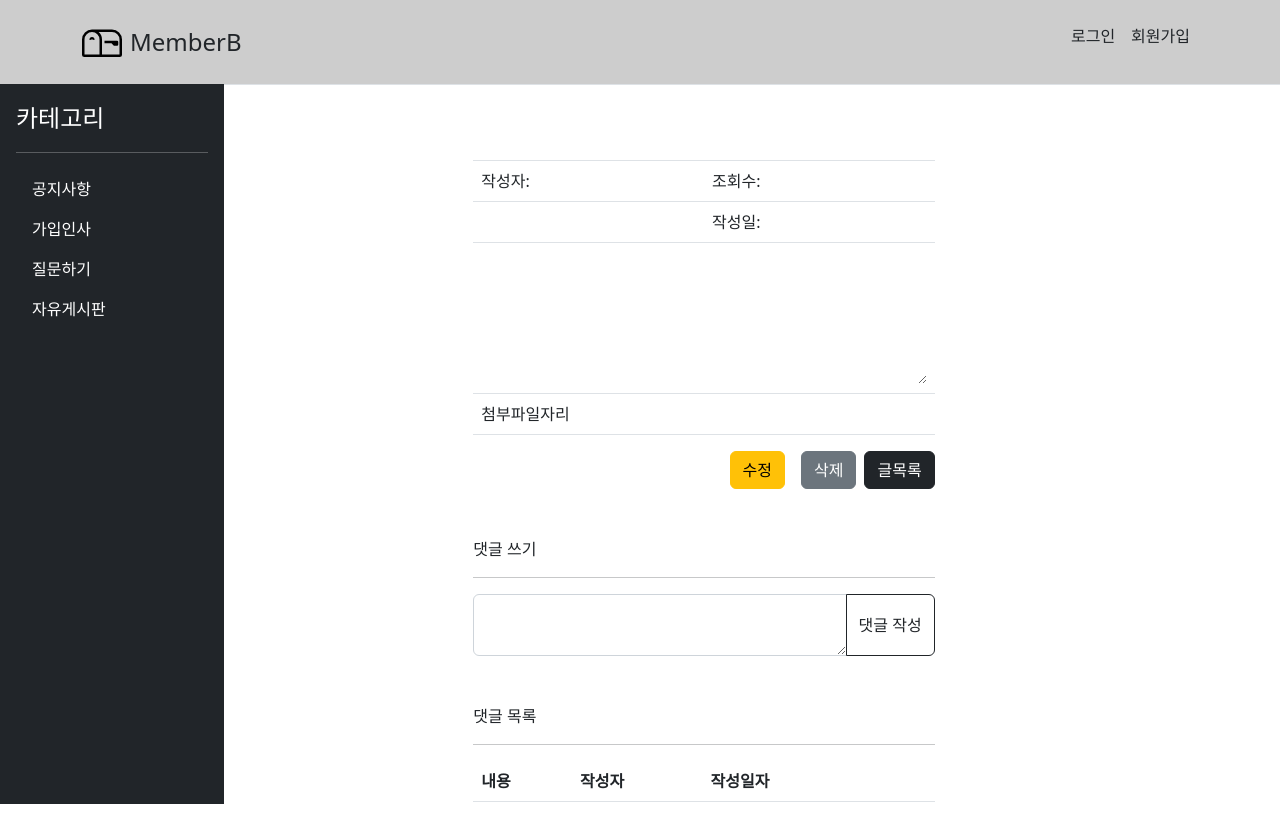
Repository: charmErin/board_220915
Page: http://localhost/board/WEB-INF/views/board/detail.jsp
The author's editor kept a copy of each file at every save. The page is drawn from the files as they stood at one save, then again after the next save.
The browser window is 1280 px wide. The pictures show the whole page.
Some web libraries are served in a nearby version. The page is served by Tomcat 9. Nobody is signed in. Other server files are loaded and not shown. The template is opened directly, without the code that normally fills it, so the values that code supplies are empty.

Above is the page before, as saved 2022-09-19 01:48:22.
Console error: SyntaxError: Unexpected token ';'

### board/src/main/webapp/WEB-INF/views/board/detail.jsp
<%@ page language="java" contentType="text/html; charset=UTF-8"
	pageEncoding="UTF-8"%>
<%@ taglib uri="http://java.sun.com/jsp/jstl/core" prefix="c"%>
<%@ taglib prefix="fmt" uri="http://java.sun.com/jsp/jstl/fmt"%>
<!DOCTYPE html>
<html>
<head>
<meta charset="UTF-8">
<script src="https://code.jquery.com/jquery-3.6.0.min.js"></script>
<script type="text/javascript"
	src="https://cdnjs.cloudflare.com/ajax/libs/moment.js/2.24.0/moment.min.js"></script>
<title>Insert title here</title>
<style>
.body-content {
	margin-top: 9rem;
	margin-left: 15rem;
	padding-left: 3rem;
	padding-right: 10rem;
}
</style>
</head>
<body>
	<%@include file="../layout/header.jsp"%>
	<div class="body-content">
		<div class="container col-7 my-4">
			<table class="table mb-3">
				<tr>
					<td colspan="2">${board.boardTitle}</td>
				</tr>
				<tr>
					<td>작성자: ${board.boardWriter}</td>
					<td>조회수: ${board.boardHits}</td>
				</tr>
				<tr>
					<td></td>
					<td colspan="2">작성일: <fmt:formatDate pattern="yyyy-MM-dd"
							value="${board.createdTime}"></fmt:formatDate></td>
				</tr>
				<tr>
					<td colspan="2"><textarea class="form-control-plaintext"
							rows="5">${board.boardContents}</textarea></td>
				</tr>
				<tr>
					<td colspan="2">첨부파일자리</td>
				</tr>
			</table>

			<div class="d-grid gap-2 d-md-flex justify-content-md-end mb-5">
				<c:choose>
					<c:when test="${sessionScope.id eq board.memberId}">
						<button class="btn btn-warning me-md-2" type="button">수정</button>
						<button class="btn btn-secondary" type="button">삭제</button>
						<button class="btn btn-dark" type="button" onclick="goBack()">글목록</button>
					</c:when>
					<c:otherwise>
						<c:if test="${sessionScope.loginId eq 'admin'}">
							<button class="btn btn-secondary" type="button">삭제</button>
							<button class="btn btn-dark" type="button" onclick="goBack()">글목록</button>
						</c:if>
					</c:otherwise>
				</c:choose>
			</div>


			<span>댓글 쓰기</span>
			<hr>

			<div class="input-group mb-5">
				<textarea class="form-control" id="comment-contents"></textarea>
				<input class="btn btn-outline-dark" type="button"
					onclick="commentSave()" value="댓글 작성">
			</div>

			<span>댓글 목록</span>
			<hr>
			<div id="comment-list">
				<table class="table">
					<tr>
						<th>내용</th>
						<th>작성자</th>
						<th>작성일자</th>
						<th></th>
						<th></th>
					</tr>
					<c:forEach var="comment" items="${commentList}">
						<tr id="comment_${comment.id}">
							<td id="contents_${comment.id}">${comment.commentContents}</td>
							<td id="writer_${comment.id}">${comment.commentWriter}</td>
							<td id="createdTime_${comment.id}"><fmt:formatDate pattern="yyyy-MM-dd HH:mm:ss"
									value="${comment.createdTime}"></fmt:formatDate></td>
							<c:choose>
								<c:when test="${sessionScope.id eq comment.memberId}">
									<td id="updateBtn_${comment.id}"><button class="btn btn-outline-info" type="button"
											onclick="commentUpdateForm('${comment.id}', '${comment.commentContents}')">수정</button></td>
									<td id="deleteBtn_${comment.id}"><button class="btn btn-outline-danger" type="button"
											onclick="commentDelete('${comment.id}')">삭제</button></td>
								</c:when>
								<c:otherwise>
									<c:choose>
										<c:when test="${sessionScope.loginId eq 'admin'}">
											<td></td>
											<td><button class="btn btn-outline-danger" type="button"
													onclick="commentDelete('${comment.id}')">삭제</button></td>
										</c:when>
										<c:otherwise>
											<td colspan="2"></td>
										</c:otherwise>
									</c:choose>
								</c:otherwise>
							</c:choose>
						</tr>
					</c:forEach>
				</table>
			</div>
		</div>
	</div>
</body>
<script>
	const commentSave = () => {
		const boardId = '${board.id}';
		const memberId = '${sessionScope.id}';
		const commentWriter = '${sessionScope.memberName}';
		const commentContents = document.getElementById("comment-contents").value;
		const loginId = '${sessionScope.loginId}';
		const commentList = document.getElementById("comment-list");

		$.ajax({
			type: "post",
			url: "/comment/save",
			data: {"boardId": boardId, "memberId": memberId, "commentWriter": commentWriter, "commentContents": commentContents},
			dataType: "json",
			success: function(result) {
				let output = '<table class="table">'
							+ '	<tr>'
							+ '		<th>내용</th>'
							+ '		<th>작성자</th>'
							+ '		<th>작성일자</th>'
							+ '		<th></th>'
							+ '		<th></th>'
							+ '	</tr>';

				for (let i in result) {
					output += '	<tr>'
							+ '		<td>' + result[i].commentContents + '</td>'
							+ '		<td>' + result[i].commentWriter + '</td>'
							+ '		<td>' + moment(result[i].createdTime).format("YYYY-MM-DD HH:mm:ss") + '</td>';

					if (memberId == result[i].memberId) {
						output += '<td><button class="btn btn-outline-info" type="button" onclick="commentUpdateForm((' + result[i].id + ')">수정</button></td>'
								+ '<td><button class="btn btn-outline-danger" type="button" onclick="commentDelete(' + result[i].id + ')">삭제</button></td>';

					} else {
						if (loginId == 'admin') {
							output += '<td></td>'
									+ '<td><button class="btn btn-outline-danger" type="button" onclick="commentDelete(' + result[i].id + ')">삭제</button></td>';
						} else {
							output += '	<td></td>'
									+ '	<td></td>';
						}
					}
					output += '	</tr>';

				}
				output += '</table>';

				commentList.innerHTML = output;
				document.getElementById("comment-contents").innerHTML = "";
			}
		});
	}

	const commentDelete = (id) => {
		const boardId = '${board.id}';
		const memberId = '${sessionScope.id}';
		const loginId = '${sessionScope.loginId}';
		const commentList = document.getElementById("comment-list");

		$.ajax({
			type: "post",
			url: "/comment",
			data: {"id": id, "boardId": boardId},
			dataType: "json",
			success: function(result) {
				let output = '<table class="table">'
							+ '	<tr>'
							+ '		<th>내용</th>'
							+ '		<th>작성자</th>'
							+ '		<th>작성일자</th>'
							+ '		<th></th>'
							+ '		<th></th>'
							+ '	</tr>';

				for (let i in result) {
					output += '	<tr>'
							+ '		<td>' + result[i].commentContents + '</td>'
							+ '		<td>' + result[i].commentWriter + '</td>'
							+ '		<td>' + moment(result[i].createdTime).format("YYYY-MM-DD HH:mm:ss") + '</td>';

					if (memberId == result[i].memberId) {
						output += '<td><button class="btn btn-outline-info" type="button" onclick="commentUpdateForm((' + result[i].id + ')">수정</button></td>'
								+ '<td><button class="btn btn-outline-danger" type="button" onclick="commentDelete(' + result[i].id + ')">삭제</button></td>';

					} else {
						if (loginId == 'admin') {
							output += '<td></td>'
									+ '<td><button class="btn btn-outline-danger" type="button" onclick="commentDelete(' + result[i].id + ')">삭제</button></td>';
						} else {
							output += '	<td></td>'
									+ '	<td></td>';
						}
					}
					output += '	</tr>';

				}
				output += '</table>';

				commentList.innerHTML = output;
			}
		});
	}


	let rawComment = null;

	const commentUpdateForm = (id, commentContents) => {
		const comment = document.getElementById("comment_" + id);
		rawComment = document.getElementById("comment_" + id).innerHTML;

		let output = '<td colspan="3"><textarea class="form-control" id="new-contents">' + commentContents + '</textarea></td>'
					+ '<td><button type="button" class="btn btn-dark" onclick="commentUpdate(' + "'" + id + "')" + '">수정</button></td>'
					+ '<td><button type="button" class="btn btn-outline-danger" onclick="commentCancel(' + id + ')">취소</button></td>';

		comment.innerHTML = output;
	}

	const commentUpdate = (id) => {
		const newContents = document.getElementById("new-contents").value;
		const boardId = '${board.id}';
		const memberId = '${sessionScope.id}';
		const loginId = '${sessionScope.loginId}';
		const commentList = document.getElementById("comment-list");

		$.ajax({
			type: "post",
			url: "/comment/update",
			data: {"id": id, "boardId": boardId, "commentContents": newContents},
			dataType: "json",
			success: function(result) {
				let output = '<table class="table">'
					+ '	<tr>'
					+ '		<th>내용</th>'
					+ '		<th>작성자</th>'
					+ '		<th>작성일자</th>'
					+ '		<th></th>'
					+ '		<th></th>'
					+ '	</tr>';

			for (let i in result) {
				output += '	<tr>'
						+ '		<td>' + result[i].commentContents + '</td>'
						+ '		<td>' + result[i].commentWriter + '</td>'
						+ '		<td>' + moment(result[i].createdTime).format("YYYY-MM-DD HH:mm:ss") + '</td>';

				if (memberId == result[i].memberId) {
					output += '<td><button class="btn btn-outline-info" type="button" onclick="commentUpdateForm((' + result[i].id + ')">수정</button></td>'
							+ '<td><button class="btn btn-outline-danger" type="button" onclick="commentDelete(' + result[i].id + ')">삭제</button></td>';

				} else {
					if (loginId == 'admin') {
						output += '<td></td>'
								+ '<td><button class="btn btn-outline-danger" type="button" onclick="commentDelete(' + result[i].id + ')">삭제</button></td>';
					} else {
						output += '	<td></td>'
								+ '	<td></td>';
					}
				}
				output += '	</tr>';

			}
			output += '</table>';

			commentList.innerHTML = output;
			}
		});
	}

	const commentCancel = (id) => {
		document.getElementById("comment_" + id).innerHTML = rawComment;
	}

	const goBack = () => {
		location.href = "/board/" + ${categoryId} + "?page=" + ${page} + "&id=" + ${board.id};
	}
</script>
</html>

### board/src/main/webapp/WEB-INF/views/layout/header.jsp
<%@ page language="java" contentType="text/html; charset=UTF-8"
    pageEncoding="UTF-8"%>
<%@ taglib uri="http://java.sun.com/jsp/jstl/core" prefix="c" %>
<%@ taglib prefix="fmt" uri="http://java.sun.com/jsp/jstl/fmt" %>
<!DOCTYPE html>
<html>
<head>
<meta charset="UTF-8">
<link href="https://cdn.jsdelivr.net/npm/bootstrap@5.2.1/dist/css/bootstrap.min.css" rel="stylesheet" integrity="sha384-iYQeCzEYFbKjA/T2uDLTpkwGzCiq6soy8tYaI1GyVh/UjpbCx/TYkiZhlZB6+fzT" crossorigin="anonymous">
<title>Insert title here</title>
<style>
	header {
		background: #CDCDCD;
	}

	.side-bar {
		width: 14rem;
		height: 100%;
		margin-top: 1rem;
		position: fixed;
		display: inline !important;
	}
</style>
</head>
<body>
	<header class="py-3 border-bottom header-fix fixed-top">
		<div class="container d-flex flex-wrap justify-content-center">
			<a href="/" class="d-flex align-items-center mb-3 mb-lg-0 me-lg-auto text-dark text-decoration-none">
				<img src="../../../resources/svg/mailbox.svg" width="40" height="40">
				<span class="fs-4 m-2">
					MemberB
				</span>
			</a>

			<div>
				<c:choose>
					<c:when test="${sessionScope.id == null}">
						<ul class="nav">
							<li class="nav-item">
								<a href="/member/login-form" class="nav-link link-dark px-2">로그인</a>
							</li>
							<li class="nav-item">
								<a href="/member/save-form" class="nav-link link-dark px-2">회원가입</a>
							</li>
						</ul>
					</c:when>
					<c:otherwise>
						<ul class="nav">
							<li class="nav-item">
								<a href="/member/detail/${sessionScope.id}" class="nav-link link-dark px-2">${sessionScope.memberName}</a>
							</li>
							<c:if test="${sessionScope.loginId eq 'admin'}">
								<li class="nav-item">
									<a href="/member/findAll" class="nav-link link-dark px-2">회원목록</a>
								</li>
							</c:if>
							<li class="nav-item">
								<a href="/member/logout" class="nav-link link-dark px-2">로그아웃</a>
							</li>
						</ul>
					</c:otherwise>
				</c:choose>
			</div>
		</div>
		<div class="d-flex flex-column flex-shrink-0 p-3 text-bg-dark side-bar">
			<span class="fs-4">카테고리</span>
			<hr>
			<ul class="nav nav-pills flex-column mb-auto">
				<li class="nav-item">
					<a href="/board/1" class="nav-link text-white">공지사항</a>
				</li>
				<li>
					<a href="/board/2" class="nav-link text-white">가입인사</a>
				</li>
				<li>
					<a href="/board/3" class="nav-link text-white">질문하기</a>
				</li>
				<li>
					<a href="/board/4" class="nav-link text-white">자유게시판</a>
				</li>
			</ul>
		</div>
	</header>
</body>
</html>

### board/src/main/webapp/resources/svg/mailbox.svg
<svg xmlns="http://www.w3.org/2000/svg" width="16" height="16" fill="currentColor" class="bi bi-mailbox" viewBox="0 0 16 16">
  <path d="M4 4a3 3 0 0 0-3 3v6h6V7a3 3 0 0 0-3-3zm0-1h8a4 4 0 0 1 4 4v6a1 1 0 0 1-1 1H1a1 1 0 0 1-1-1V7a4 4 0 0 1 4-4zm2.646 1A3.99 3.99 0 0 1 8 7v6h7V7a3 3 0 0 0-3-3H6.646z"/>
  <path d="M11.793 8.5H9v-1h5a.5.5 0 0 1 .5.5v1a.5.5 0 0 1-.5.5h-1a.5.5 0 0 1-.354-.146l-.853-.854zM5 7c0 .552-.448 0-1 0s-1 .552-1 0a1 1 0 0 1 2 0z"/>
</svg>

After the next save:
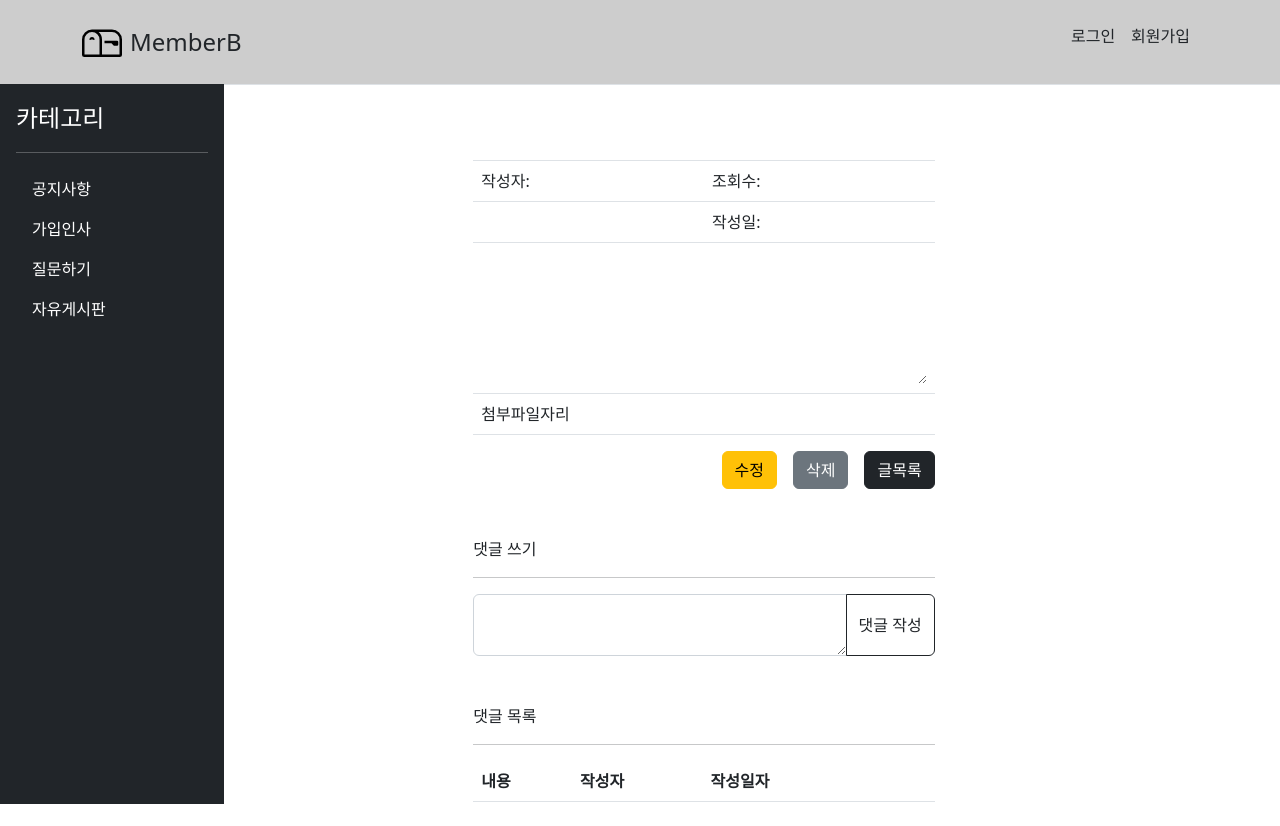
Saved 82 s later.
--- a/board/src/main/webapp/WEB-INF/views/board/detail.jsp
+++ b/board/src/main/webapp/WEB-INF/views/board/detail.jsp
@@ -49,12 +49,12 @@
 				<c:choose>
 					<c:when test="${sessionScope.id eq board.memberId}">
 						<button class="btn btn-warning me-md-2" type="button">수정</button>
-						<button class="btn btn-secondary" type="button">삭제</button>
+						<button class="btn btn-secondary me-md-2" type="button">삭제</button>
 						<button class="btn btn-dark" type="button" onclick="goBack()">글목록</button>
 					</c:when>
 					<c:otherwise>
 						<c:if test="${sessionScope.loginId eq 'admin'}">
-							<button class="btn btn-secondary" type="button">삭제</button>
+							<button class="btn btn-secondary me-md-2" type="button">삭제</button>
 							<button class="btn btn-dark" type="button" onclick="goBack()">글목록</button>
 						</c:if>
 					</c:otherwise>
